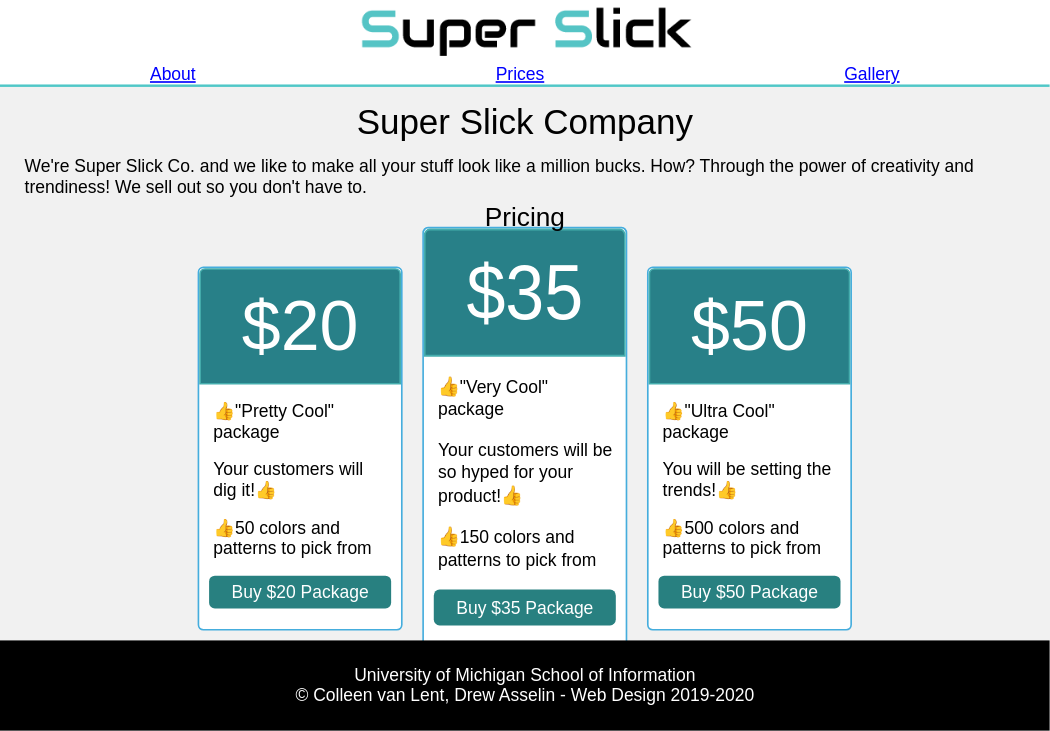
Repository: jiaqili0803/SI_539
Page: hw6-2021-main/homework.html
These files come from the project's save history. The page is drawn as it stood at one moment and after the next save; the edit follows.
The browser window is 1280 px wide. The pictures show the whole page, at 82% of full size.
Some web fonts or font styles are not loaded; a fallback is used.

Above is the page before, as saved 2021-10-29 16:17:24.

After the next save:
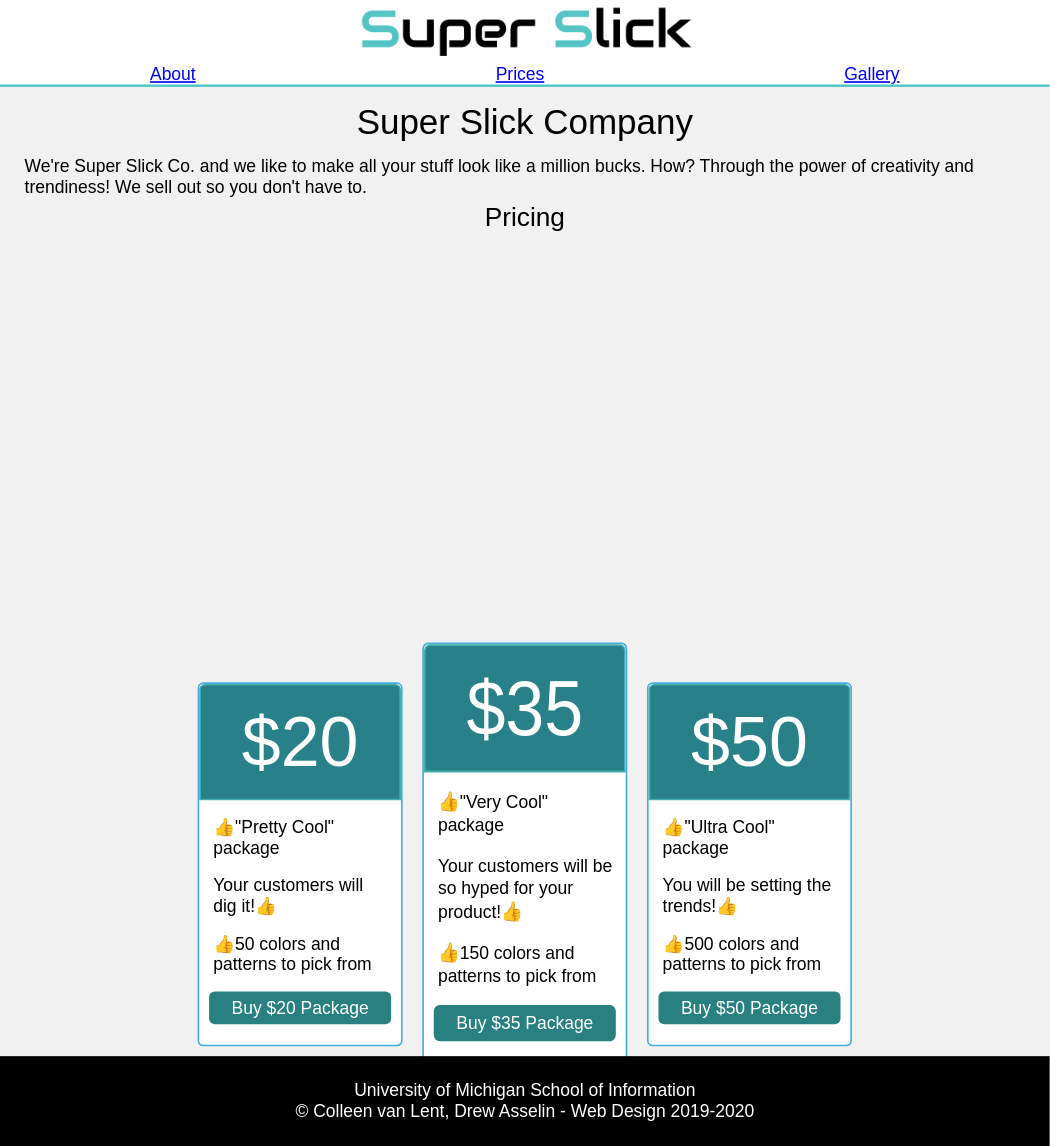
Saved 44 s later.
--- a/hw6-2021-main/css/style.css
+++ b/hw6-2021-main/css/style.css
@@ -169,7 +169,7 @@
         align-items: flex-end;
         justify-content: center;
         flex-direction: row;
-        height:500;
+        height: 1000px;
         /* flex-wrap: nowrap; */
 
     }

After the save that followed:
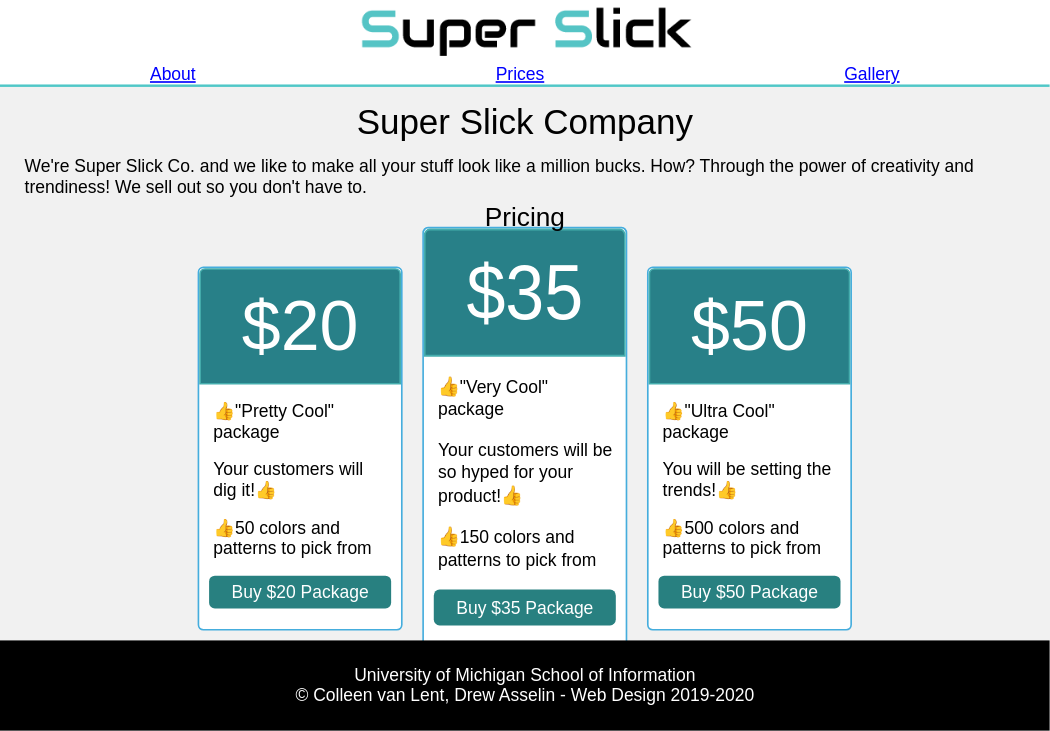
Saved 24 s later.
--- a/hw6-2021-main/css/style.css
+++ b/hw6-2021-main/css/style.css
@@ -169,7 +169,6 @@
         align-items: flex-end;
         justify-content: center;
         flex-direction: row;
-        height: 1000px;
         /* flex-wrap: nowrap; */
 
     }
